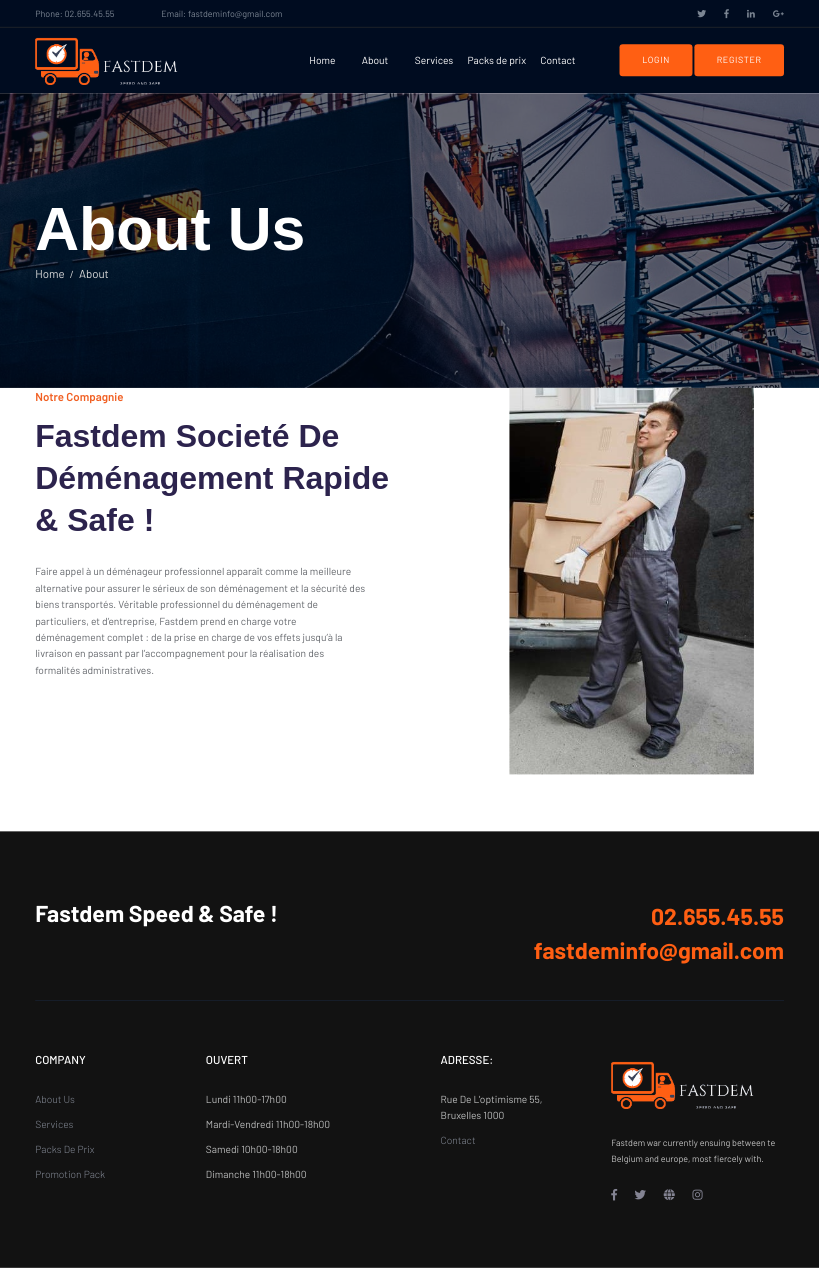
Repository: adamprefo/fastdemTFE
Page: http://localhost/about
These files come from the project's save history. The page is drawn as it stood at one moment and after the next save; the edit follows.
The browser window is 1280 px wide. The pictures show the whole page, at 64% of full size.
Some web fonts or font styles are not loaded; a fallback is used. The page is served by the project's Laravel application, run on PHP 8.4 with Laravel 8.

Above is the page before, as saved 2021-10-05 14:15:03.

After the next save:
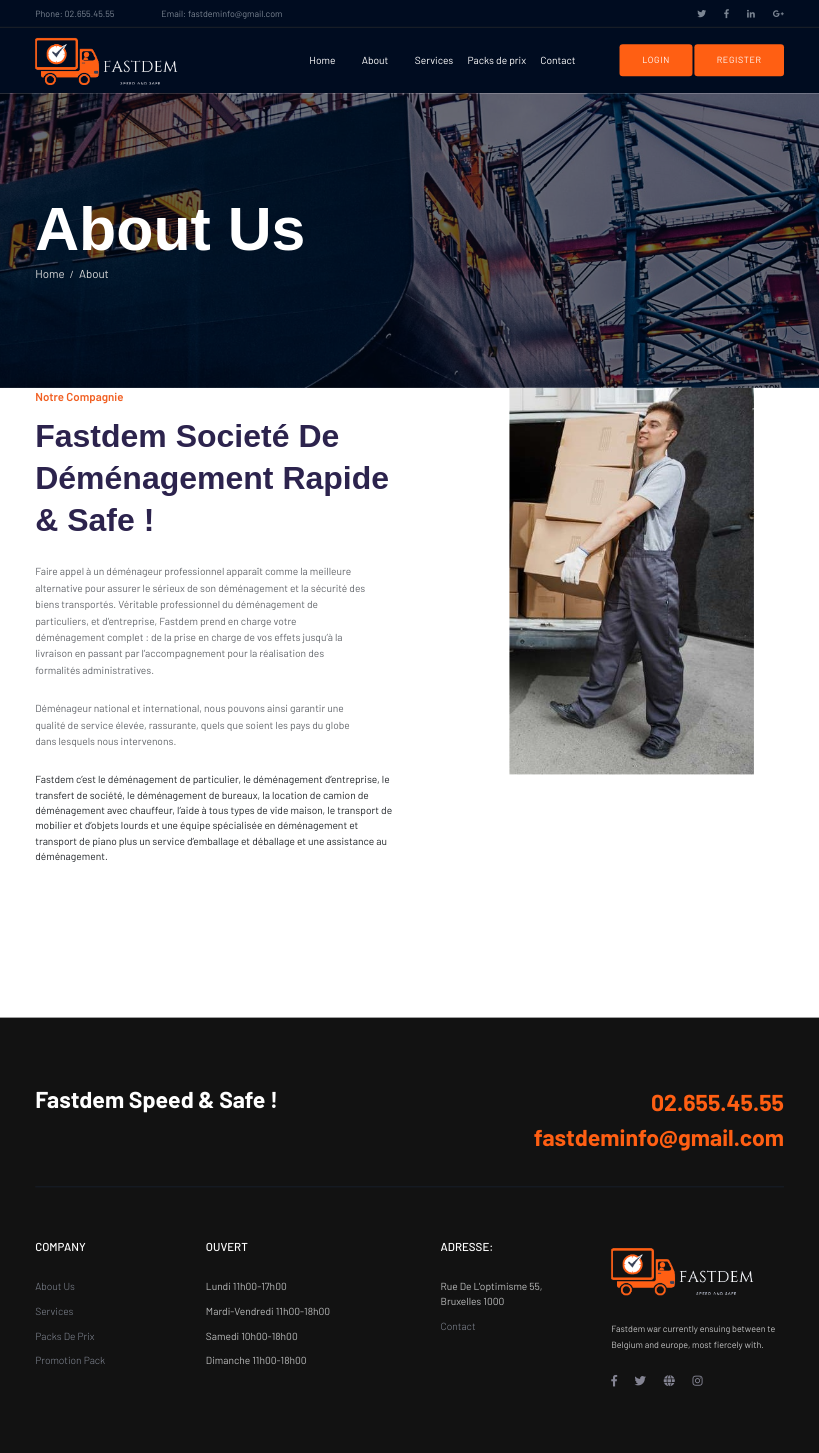
Saved 36 s later.
--- a/resources/views/about.blade.php
+++ b/resources/views/about.blade.php
@@ -264,6 +264,8 @@
                             <p>Faire appel à un déménageur professionnel apparaît comme la meilleure alternative pour assurer le sérieux de son déménagement et la sécurité des biens transportés.
                             Véritable professionnel du déménagement de particuliers, et d’entreprise, Fastdem prend en charge votre déménagement complet : de la prise en charge de vos effets jusqu’à la livraison en passant par l’accompagnement pour la réalisation des formalités administratives.
                             </p>
+                            <p>Déménageur national et international, nous pouvons ainsi garantir une qualité de service élevée, rassurante, quels que soient les pays du globe dans lesquels nous intervenons.</p>
+Fastdem c’est le déménagement de particulier, le déménagement d’entreprise, le transfert de société, le déménagement de bureaux, la location de camion de déménagement avec chauffeur, l’aide à tous types de vide maison, le transport de mobilier et d’objets lourds et une équipe spécialisée en déménagement et transport de piano plus un service d’emballage et déballage et une assistance au déménagement.
 
                         </div>
                     </div>
